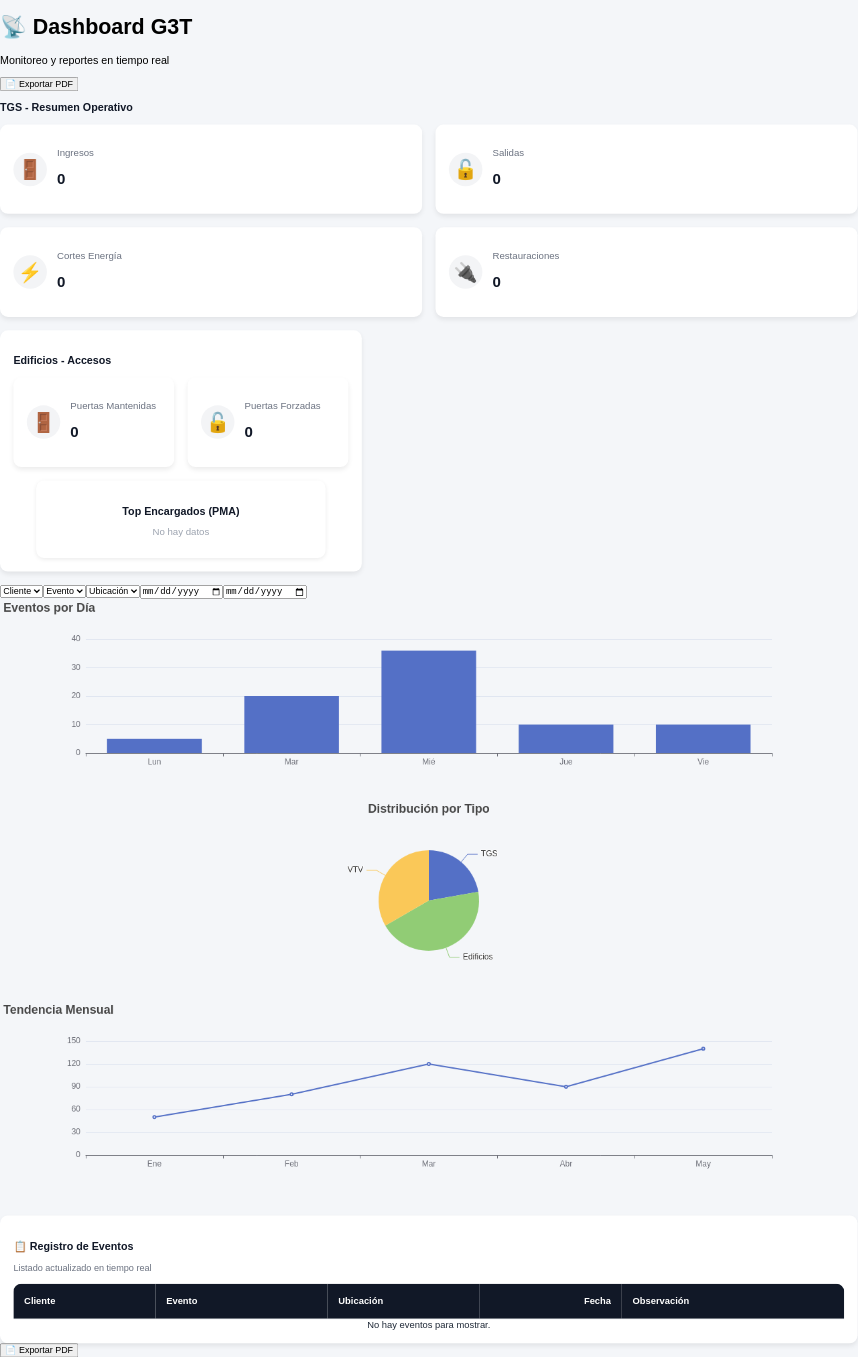
Repository: BBrian11/reportes
Page: /
An editor plug-in stored every save of this project. The page is shown before and after the next save, followed by the edit.
The browser window is 1280 px wide. The pictures show the whole page, at 67% of full size.
The page's requests for data from a server got no answer. The project was rebuilt for these pictures with package versions that can differ from the ones it lists, and the page was loaded fresh each time. No one was signed in, and anything a server would have sent is missing. Also part of the build but not shown: vite.config.js, src/components/Dashboard/StatsCards.jsx, src/styles/form.css.

Above is the page before, as saved 2025-07-29 16:38:42.

### index.html
<!DOCTYPE html>
<html lang="es">
  <head>
    <meta charset="UTF-8" />
    <meta name="viewport" content="width=device-width, initial-scale=1.0" />
    <title>Dashboard G3T</title>
  </head>
  <body>
    <div id="root"></div>
    <script type="module" src="/src/main.jsx"></script>
  </body>
</html>

### src/main.jsx
import React from "react";
import ReactDOM from "react-dom/client";
import App from "./App.jsx";
import "./styles/dashboard.css";
import "./styles/form.css";

ReactDOM.createRoot(document.getElementById("root")).render(
  <React.StrictMode>
    <App />
  </React.StrictMode>
);

### src/App.jsx
import React from "react";
import Dashboard from "./components/Dashboard/Dashboard.jsx";

export default function App() {
  return <Dashboard />;
}

### src/styles/dashboard.css
body { font-family: Arial; margin: 0; background: #f4f6f9; }
.dashboard-banner { background: #203a43; color: #fff; padding: 15px; }
.stats-cards { display: flex; gap: 10px; margin: 10px; }
.card { background: white; padding: 15px; border-radius: 8px; box-shadow: 0 2px 6px rgba(0,0,0,0.1); }

### src/components/Dashboard/Dashboard.jsx
// src/components/Dashboard/Dashboard.jsx
import React, { useEffect, useState } from "react";
import Header from "./Header.jsx";
import StatsCards from "./StatsCards.jsx";
import Filters from "./Filters.jsx";
import Charts from "./Charts.jsx";
import EventsTable from "./EventsTable.jsx";
import ExportPDF from "./ExportPDF.jsx";

import { collection, onSnapshot } from "firebase/firestore";
import { db } from "../../services/firebase";
import "../../styles/dashboard.css";
import TgsStats from "./TgsStats.jsx";
import EdificioStats from "./EdificioStats.jsx";

export default function Dashboard() {
  const [eventos, setEventos] = useState([]);
  const [filtros, setFiltros] = useState({
    cliente: "",
    evento: "",
    ubicacion: "",
    fechaInicio: "",
    fechaFin: "",
  });

  // 🔹 Cargar datos de TODAS las colecciones
  useEffect(() => {
    const collections = [
      { path: "novedades/tgs/eventos", cliente: "TGS", eventoKey: "evento-tgs", ubicacionKey: "locaciones-tgs" },
      { path: "novedades/edificios/eventos", cliente: "Edificios", eventoKey: "evento-edificio" }, // 🔥 Sin ubicacionKey fijo
      { path: "novedades/vtv/eventos", cliente: "VTV", eventoKey: "evento-vtv", ubicacionKey: "planta-vtv" },
      { path: "novedades/barrios/eventos", cliente: "Barrios", eventoKey: "evento-barrios", ubicacionKey: "barrio" },
      { path: "novedades/otros/eventos", cliente: "Otros", eventoKey: "evento-otros", ubicacionKey: "otro" }
    ];


    const unsubscribes = collections.map(({ path, cliente, eventoKey, ubicacionKey }) =>
      onSnapshot(collection(db, path), (snapshot) => {
        const nuevos = snapshot.docs.map((doc) => {
          const d = doc.data();

          let ubicacion = "Sin Ubicación";

          if (cliente === "Edificios") {
            // ✅ Armar la ubicación con Edificio + Unidad
            const edificio = d["edificio"] || "";
            const unidad = d["unidad"] ? ` - ${d["unidad"]}` : "";
            ubicacion = edificio ? edificio + unidad : "Sin Ubicación";
          } else {
            // ✅ Para los demás clientes usamos ubicacionKey
            ubicacion = d[ubicacionKey] || "Sin Ubicación";
          }

          return {
            id: doc.id,
            cliente,
            evento: d[eventoKey] || "Sin Evento",
            ubicacion,
            fecha: d.fechaHoraEnvio
              ? new Date(d.fechaHoraEnvio.seconds * 1000).toLocaleString("es-AR")
              : "Sin Fecha",
            observacion: d[`observaciones-${cliente.toLowerCase()}`] || "Sin Observación",
          };
        });


        setEventos((prev) => {
          const filtradosPrev = prev.filter((e) => e.cliente !== cliente);
          return [...filtradosPrev, ...nuevos];
        });
      })
    );

    return () => unsubscribes.forEach((unsub) => unsub());
  }, []);

  // 🔍 Aplicar filtros
  const eventosFiltrados = eventos.filter((e) => {
    const fecha = new Date(e.fecha);
    const fechaInicio = filtros.fechaInicio ? new Date(filtros.fechaInicio) : null;
    const fechaFin = filtros.fechaFin ? new Date(filtros.fechaFin) : null;

    return (
      (!filtros.cliente || e.cliente === filtros.cliente) &&
      (!filtros.evento || e.evento === filtros.evento) &&
      (!filtros.ubicacion || e.ubicacion === filtros.ubicacion) &&
      (!fechaInicio || fecha >= fechaInicio) &&
      (!fechaFin || fecha <= fechaFin)
    );
  });

  return (
    <div className="dashboard-container">
      <Header />

      <TgsStats eventos={eventosFiltrados} />
      <EdificioStats eventos={eventosFiltrados} />
      <Filters filtros={filtros} setFiltros={setFiltros} eventos={eventos} />
      <Charts eventos={eventosFiltrados} />
      <EventsTable eventos={eventosFiltrados} />
      <ExportPDF eventos={eventosFiltrados} />
    </div>
  );

}

### src/components/Dashboard/Header.jsx
import React from 'react';

export default function Header() {
  return (
    <div className="bg-gradient-to-r from-blue-700 to-indigo-800 text-white p-4 rounded-lg shadow-md flex justify-between items-center mb-4">
      <div>
        <h1 className="text-xl font-bold">📡 Dashboard G3T</h1>
        <p className="text-sm">Monitoreo y reportes en tiempo real</p>
      </div>
      <button className="bg-white text-blue-900 px-4 py-2 rounded shadow hover:bg-gray-200 transition">
        📄 Exportar PDF
      </button>
    </div>
  );
}

### src/components/Dashboard/Filters.jsx
import React from 'react';

export default function Filters() {
  return (
    <div className="bg-white p-4 rounded-lg shadow mb-4 flex flex-wrap gap-2">
      <select className="border p-2 rounded w-full md:w-auto">
        <option>Cliente</option>
      </select>
      <select className="border p-2 rounded w-full md:w-auto">
        <option>Evento</option>
      </select>
      <select className="border p-2 rounded w-full md:w-auto">
        <option>Ubicación</option>
      </select>
      <input type="date" className="border p-2 rounded w-full md:w-auto" />
      <input type="date" className="border p-2 rounded w-full md:w-auto" />
    </div>
  );
}

### src/components/Dashboard/Charts.jsx
import React from 'react';
import BarChart from './BarChart.jsx';
import PieChart from './PieChart.jsx';
import LineChart from './LineChart.jsx';

export default function Charts() {
  return (
    <div className="grid grid-cols-1 lg:grid-cols-3 gap-4 mb-4">
      <BarChart />
      <PieChart />
      <LineChart />
    </div>
  );
}

### src/components/Dashboard/EventsTable.jsx
import React from "react";
import DataTable, { createTheme } from "react-data-table-component";
import "../../styles/eventstable.css";

// ✅ Tema personalizado para DataTable
createTheme("g3tTheme", {
  text: {
    primary: "#1f2937",
    secondary: "#6b7280",
  },
  background: {
    default: "#ffffff",
  },
  context: {
    background: "#2563eb",
    text: "#FFFFFF",
  },
  divider: {
    default: "#e5e7eb",
  },
  action: {
    button: "rgba(0,0,0,.54)",
    hover: "rgba(0,0,0,.08)",
    disabled: "rgba(0,0,0,.12)",
  },
});

export default function EventsTable({ eventos }) {
  const columns = [
    { name: "Cliente", selector: row => row.cliente, sortable: true, grow: 1.2 },
    { name: "Evento", selector: row => row.evento, sortable: true, grow: 1.5 },
    { name: "Ubicación", selector: row => row.ubicacion, grow: 1.3 },
    { name: "Fecha", selector: row => row.fecha, sortable: true, right: true, grow: 1.2 },
    { name: "Observación", selector: row => row.observacion, grow: 2, wrap: true },
  ];

  const customStyles = {
    headCells: {
      style: {
        fontWeight: "700",
        fontSize: "14px",
        backgroundColor: "#111827",
        color: "#fff",
        paddingTop: "12px",
        paddingBottom: "12px",
      },
    },
    cells: {
      style: {
        fontSize: "13px",
        paddingTop: "8px",
        paddingBottom: "8px",
      },
    },
    rows: {
      style: {
        "&:hover": {
          backgroundColor: "#f3f4f6",
          cursor: "pointer",
        },
      },
    },
  };

  return (
    <div className="event-table-card">
      <div className="table-header">
        <h3 className="table-title">
          📋 Registro de Eventos
        </h3>
        <span className="table-subtitle">Listado actualizado en tiempo real</span>
      </div>
      <DataTable
        columns={columns}
        data={eventos}
        pagination
        highlightOnHover
        responsive
        persistTableHead
        striped
        noDataComponent="No hay eventos para mostrar."
        theme="g3tTheme"
        customStyles={customStyles}
        paginationPerPage={10}
        paginationRowsPerPageOptions={[10, 20, 50]}
        fixedHeader
        fixedHeaderScrollHeight="400px"
      />
    </div>
  );
}

### src/components/Dashboard/ExportPDF.jsx
import React from 'react';

export default function ExportPDF() {
  const handleExport = () => {
    alert('Generación de PDF en desarrollo');
  };

  return (
    <div className="text-center mb-4">
      <button
        onClick={handleExport}
        className="bg-blue-600 text-white px-6 py-2 rounded shadow hover:bg-blue-700 transition"
      >
        📄 Exportar PDF
      </button>
    </div>
  );
}

### src/services/firebase.js
import { initializeApp } from "firebase/app";
import { getFirestore } from "firebase/firestore";
import { getAuth } from "firebase/auth";

const firebaseConfig = {
  apiKey: "AIzaSyCZcj7AOQoXHHn1vDiyoCQbDIQRMfvhOlA",
  authDomain: "reportesg3t.firebaseapp.com",
  projectId: "reportesg3t",
  storageBucket: "reportesg3t.appspot.com",
  messagingSenderId: "571918948751",
  appId: "1:571918948751:web:055d012f4e1f3f8de5d3fa"
};

const app = initializeApp(firebaseConfig);
export const db = getFirestore(app);
export const auth = getAuth(app);

### src/components/Dashboard/TgsStats.jsx
import React from "react";
import "../../styles/tgsstats.css";

export default function TgsStats({ eventos }) {
  const aperturas = eventos.filter(e => e.evento.includes("Ingreso de Personal")).length;
  const cierres = eventos.filter(e => e.evento.includes("Salida de Personal")).length;
  const cortes = eventos.filter(e => e.evento.includes("Corte de energía eléctrica")).length;
  const restauraciones = eventos.filter(e => e.evento.includes("Restauración de energía eléctrica")).length;

  const stats = [
    { icon: "🚪", label: "Ingresos", value: aperturas },
    { icon: "🔓", label: "Salidas", value: cierres },
    { icon: "⚡", label: "Cortes Energía", value: cortes },
    { icon: "🔌", label: "Restauraciones", value: restauraciones },
  ];

  return (
    <div className="tgs-card">
      <h3 className="section-title">TGS - Resumen Operativo</h3>
      <div className="stats-grid">
        {stats.map((item, idx) => (
          <div key={idx} className="stats-card">
            <div className="stats-icon">{item.icon}</div>
            <div>
              <p className="stats-title">{item.label}</p>
              <h2 className="stats-value">{item.value}</h2>
            </div>
          </div>
        ))}
      </div>
    </div>
  );
}

### src/components/Dashboard/EdificioStats.jsx
import React from "react";
import "../../styles/edificiostats.css";

export default function EdificioStats({ eventos }) {
  const totalPMA = eventos.filter(e => e.evento.includes("Puerta Mantenida Abierta")).length;
  const totalForzada = eventos.filter(e => e.evento.includes("Puerta Forzada")).length;

  const encargados = {};
  eventos.forEach(e => {
    if (e.evento.includes("Puerta Mantenida Abierta") && e.observacion?.includes("Encargado")) {
      encargados[e.observacion] = (encargados[e.observacion] || 0) + 1;
    }
  });

  const topEncargados = Object.entries(encargados).sort((a, b) => b[1] - a[1]).slice(0, 5);

  return (
    <div className="edificio-card">
      <h3 className="section-title">Edificios - Accesos</h3>

      {/* KPIs */}
      <div className="stats-grid">
        <div className="stats-card">
          <div className="stats-icon">🚪</div>
          <div>
            <p className="stats-title">Puertas Mantenidas</p>
            <h2 className="stats-value">{totalPMA}</h2>
          </div>
        </div>
        <div className="stats-card">
          <div className="stats-icon">🔓</div>
          <div>
            <p className="stats-title">Puertas Forzadas</p>
            <h2 className="stats-value">{totalForzada}</h2>
          </div>
        </div>
      </div>

      {/* Ranking como card */}
      <div className="ranking-card">
        <h4 className="ranking-title">Top Encargados (PMA)</h4>
        {topEncargados.length > 0 ? (
          <ul className="ranking-list">
            {topEncargados.map(([nombre, count], idx) => (
              <li key={idx} className="ranking-item">
                <span className="ranking-name">{nombre}</span>
                <span className="ranking-count">{count}</span>
              </li>
            ))}
          </ul>
        ) : (
          <p className="ranking-empty">No hay datos</p>
        )}
      </div>
    </div>
  );
}

### src/styles/statscards.css
.stats-grid {
    display: grid;
    grid-template-columns: 1fr;
    gap: 20px;
    margin-bottom: 20px;
  }

  @media (min-width: 768px) {
    .stats-grid {
      grid-template-columns: repeat(3, 1fr);
    }
  }

  .stats-card {
    background: #fff;
    padding: 20px;
    border-radius: 12px;
    box-shadow: 0 4px 8px rgba(0,0,0,0.08);
    display: flex;
    align-items: center;
    gap: 15px;
    transition: transform 0.2s ease, box-shadow 0.2s ease;
  }

  .stats-card:hover {
    transform: translateY(-4px);
    box-shadow: 0 8px 16px rgba(0,0,0,0.12);
  }

  .stats-icon {
    font-size: 2rem;
    background: #f3f4f6;
    border-radius: 50%;
    width: 50px;
    height: 50px;
    display: flex;
    align-items: center;
    justify-content: center;
  }

  .stats-title {
    font-size: 0.9rem;
    color: #6b7280;
    font-weight: 500;
  }

  .stats-value {
    font-size: 1.4rem;
    font-weight: bold;
    color: #111827;
  }

  .loading-message {
    text-align: center;
    font-size: 1rem;
    color: #9ca3af;
  }

### src/components/Dashboard/BarChart.jsx
import React, { useEffect } from 'react';
import * as echarts from 'echarts';

export default function BarChart() {
  useEffect(() => {
    const chart = echarts.init(document.getElementById('barChart'));
    chart.setOption({
      title: { text: 'Eventos por Día' },
      tooltip: {},
      xAxis: { data: ['Lun', 'Mar', 'Mié', 'Jue', 'Vie'] },
      yAxis: {},
      series: [{ type: 'bar', data: [5, 20, 36, 10, 10] }]
    });
  }, []);

  return <div id="barChart" style={{ height: '300px' }} className="bg-white rounded-lg shadow p-2"></div>;
}

### src/components/Dashboard/PieChart.jsx
import React, { useEffect } from 'react';
import * as echarts from 'echarts';

export default function PieChart() {
  useEffect(() => {
    const chart = echarts.init(document.getElementById('pieChart'));
    chart.setOption({
      title: { text: 'Distribución por Tipo', left: 'center' },
      series: [
        {
          type: 'pie',
          radius: '50%',
          data: [
            { value: 10, name: 'TGS' },
            { value: 20, name: 'Edificios' },
            { value: 15, name: 'VTV' }
          ]
        }
      ]
    });
  }, []);

  return <div id="pieChart" style={{ height: '300px' }} className="bg-white rounded-lg shadow p-2"></div>;
}

### src/components/Dashboard/LineChart.jsx
import React, { useEffect } from 'react';
import * as echarts from 'echarts';

export default function LineChart() {
  useEffect(() => {
    const chart = echarts.init(document.getElementById('lineChart'));
    chart.setOption({
      title: { text: 'Tendencia Mensual' },
      xAxis: { type: 'category', data: ['Ene', 'Feb', 'Mar', 'Abr', 'May'] },
      yAxis: { type: 'value' },
      series: [{ data: [50, 80, 120, 90, 140], type: 'line' }]
    });
  }, []);

  return <div id="lineChart" style={{ height: '300px' }} className="bg-white rounded-lg shadow p-2"></div>;
}

### src/styles/eventstable.css
.event-table-card {
    background: #fff;
    border-radius: 12px;
    box-shadow: 0 4px 8px rgba(0,0,0,0.08);
    padding: 20px;
    margin-top: 20px;
    overflow: hidden;
  }

  .table-header {
    display: flex;
    flex-direction: column;
    margin-bottom: 16px;
  }

  .table-title {
    font-size: 1rem;
    font-weight: 700;
    color: #111827;
    display: flex;
    align-items: center;
    gap: 8px;
  }

  .table-subtitle {
    font-size: 0.85rem;
    color: #6b7280;
  }

  .rdt_TableHeader {
    border-bottom: 1px solid #e5e7eb;
  }

  .rdt_Table {
    font-size: 14px;
  }

  .rdt_TableRow {
    transition: background 0.2s ease;
  }

  .rdt_TableRow:hover {
    background: #f9fafb;
  }

  .rdt_Pagination {
    border-top: 1px solid #e5e7eb;
    padding: 10px;
    font-size: 0.85rem;
  }

### src/styles/tgsstats.css
.section-title {
    font-size: 1rem;
    font-weight: bold;
    margin-bottom: 16px;
    color: #111827;
  }

  .stats-grid {
    display: grid;
    grid-template-columns: 1fr;
    gap: 20px;
  }

  @media (min-width: 768px) {
    .stats-grid {
      grid-template-columns: repeat(2, 1fr);
    }
  }

  .stats-card {
    background: #fff;
    padding: 20px;
    border-radius: 12px;
    box-shadow: 0 4px 8px rgba(0,0,0,0.08);
    display: flex;
    align-items: center;
    gap: 15px;
    transition: transform 0.2s ease, box-shadow 0.2s ease;
  }

  .stats-card:hover {
    transform: translateY(-4px);
    box-shadow: 0 8px 16px rgba(0,0,0,0.12);
  }

  .stats-icon {
    font-size: 1.8rem;
    background: #f3f4f6;
    border-radius: 50%;
    width: 50px;
    height: 50px;
    display: flex;
    align-items: center;
    justify-content: center;
  }

  .stats-title {
    font-size: 0.9rem;
    color: #6b7280;
    font-weight: 500;
  }

  .stats-value {
    font-size: 1.4rem;
    font-weight: bold;
    color: #111827;
  }

  .ranking-card {
    margin-top: 20px;
    background: #fff;
    padding: 16px;
    border-radius: 12px;
    box-shadow: 0 4px 8px rgba(0,0,0,0.08);
  }

  .ranking-card ul {
    list-style: none;
    padding: 0;
  }

  .ranking-card li {
    display: flex;
    justify-content: space-between;
    padding: 6px 0;
    font-size: 0.9rem;
  }

### src/styles/edificiostats.css
/* Contenedor principal */
.edificio-card {
    background: #fff;
    border-radius: 12px;
    padding: 20px;
    margin-bottom: 20px;
    box-shadow: 0 4px 8px rgba(0, 0, 0, 0.08);
    max-width: 500px; /* ✅ Para que no se estire */
  }

  /* Ranking Card (modo card real) */
  .ranking-card {
    margin-top: 20px;
    background: #fff;
    border-radius: 12px;
    padding: 16px;
    box-shadow: 0 2px 6px rgba(0, 0, 0, 0.08);
    max-width: 400px; /* ✅ Limita ancho */
    margin-left: auto;
    margin-right: auto; /* ✅ Centrado */
  }

  /* Título */
  .ranking-title {
    font-size: 1rem;
    font-weight: 600;
    color: #111827;
    margin-bottom: 12px;
    text-align: center;
  }

  /* Lista */
  .ranking-list {
    list-style: none;
    padding: 0;
    margin: 0;
  }

  /* Ítems tipo card */
  .ranking-item {
    display: flex;
    justify-content: space-between;
    align-items: center;
    padding: 10px 12px;
    background: #f9fafb;
    border-radius: 8px;
    margin-bottom: 8px;
    font-size: 0.95rem;
    font-weight: 500;
    color: #374151;
    transition: background 0.2s ease;
  }

  .ranking-item:hover {
    background: #f3f4f6;
  }

  /* Nombre */
  .ranking-name {
    max-width: 70%;
    white-space: nowrap;
    overflow: hidden;
    text-overflow: ellipsis;
  }

  /* Contador */
  .ranking-count {
    font-weight: bold;
    color: #2563eb;
  }

  /* Mensaje vacío */
  .ranking-empty {
    text-align: center;
    color: #9ca3af;
    font-size: 0.9rem;
  }

After the next save:
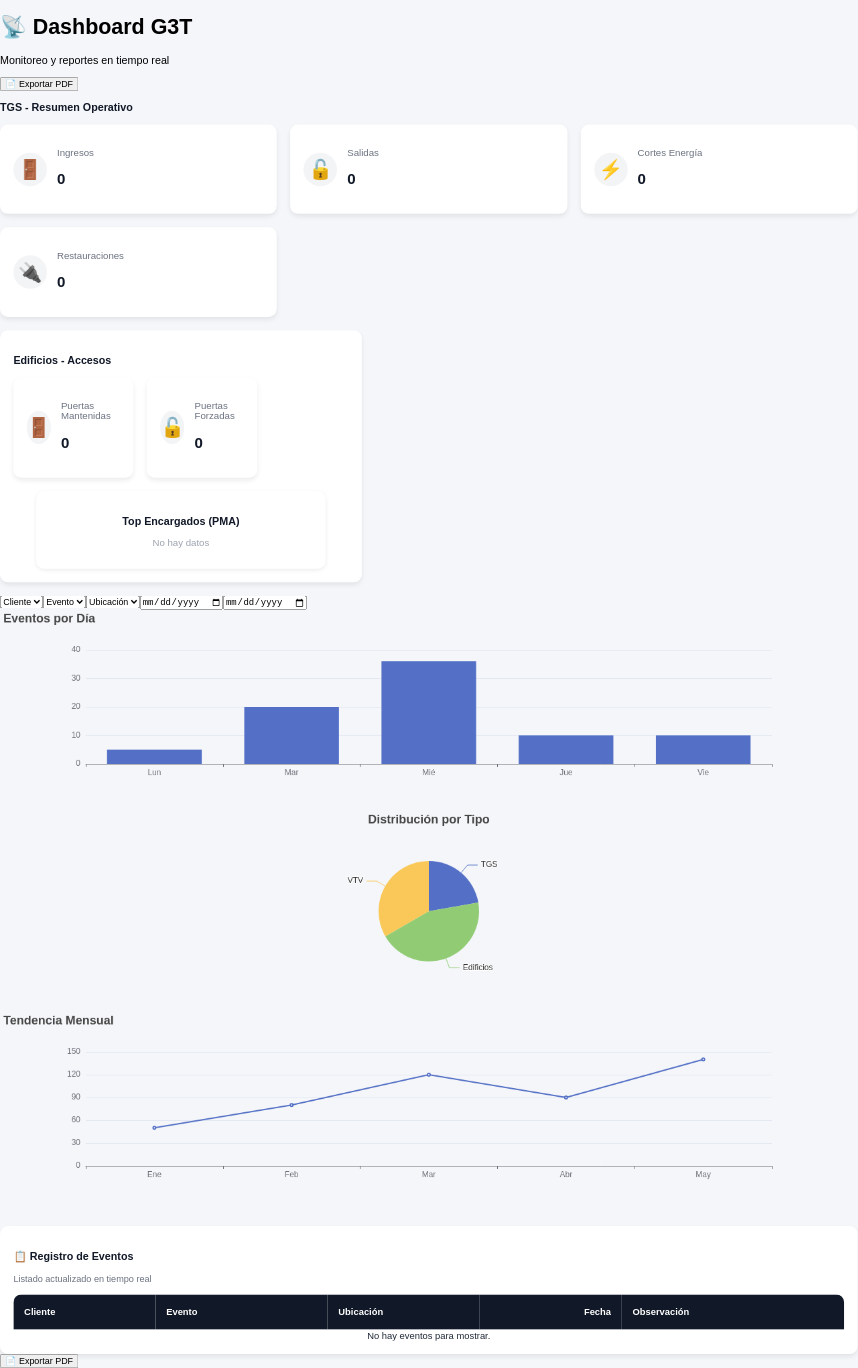
Saved 2 min 19 s later.
--- a/src/styles/tgsstats.css
+++ b/src/styles/tgsstats.css
@@ -13,7 +13,7 @@
 
   @media (min-width: 768px) {
     .stats-grid {
-      grid-template-columns: repeat(2, 1fr);
+      grid-template-columns: repeat(3, 1fr);
     }
   }
 
@@ -21,7 +21,7 @@
     background: #fff;
     padding: 20px;
     border-radius: 12px;
-    box-shadow: 0 4px 8px rgba(0,0,0,0.08);
+    box-shadow: 0 4px 8px rgba(0, 0, 0, 0.08);
     display: flex;
     align-items: center;
     gap: 15px;
@@ -30,7 +30,7 @@
 
   .stats-card:hover {
     transform: translateY(-4px);
-    box-shadow: 0 8px 16px rgba(0,0,0,0.12);
+    box-shadow: 0 8px 16px rgba(0, 0, 0, 0.12);
   }
 
   .stats-icon {
@@ -55,23 +55,3 @@
     font-weight: bold;
     color: #111827;
   }
-
-  .ranking-card {
-    margin-top: 20px;
-    background: #fff;
-    padding: 16px;
-    border-radius: 12px;
-    box-shadow: 0 4px 8px rgba(0,0,0,0.08);
-  }
-
-  .ranking-card ul {
-    list-style: none;
-    padding: 0;
-  }
-
-  .ranking-card li {
-    display: flex;
-    justify-content: space-between;
-    padding: 6px 0;
-    font-size: 0.9rem;
-  }
